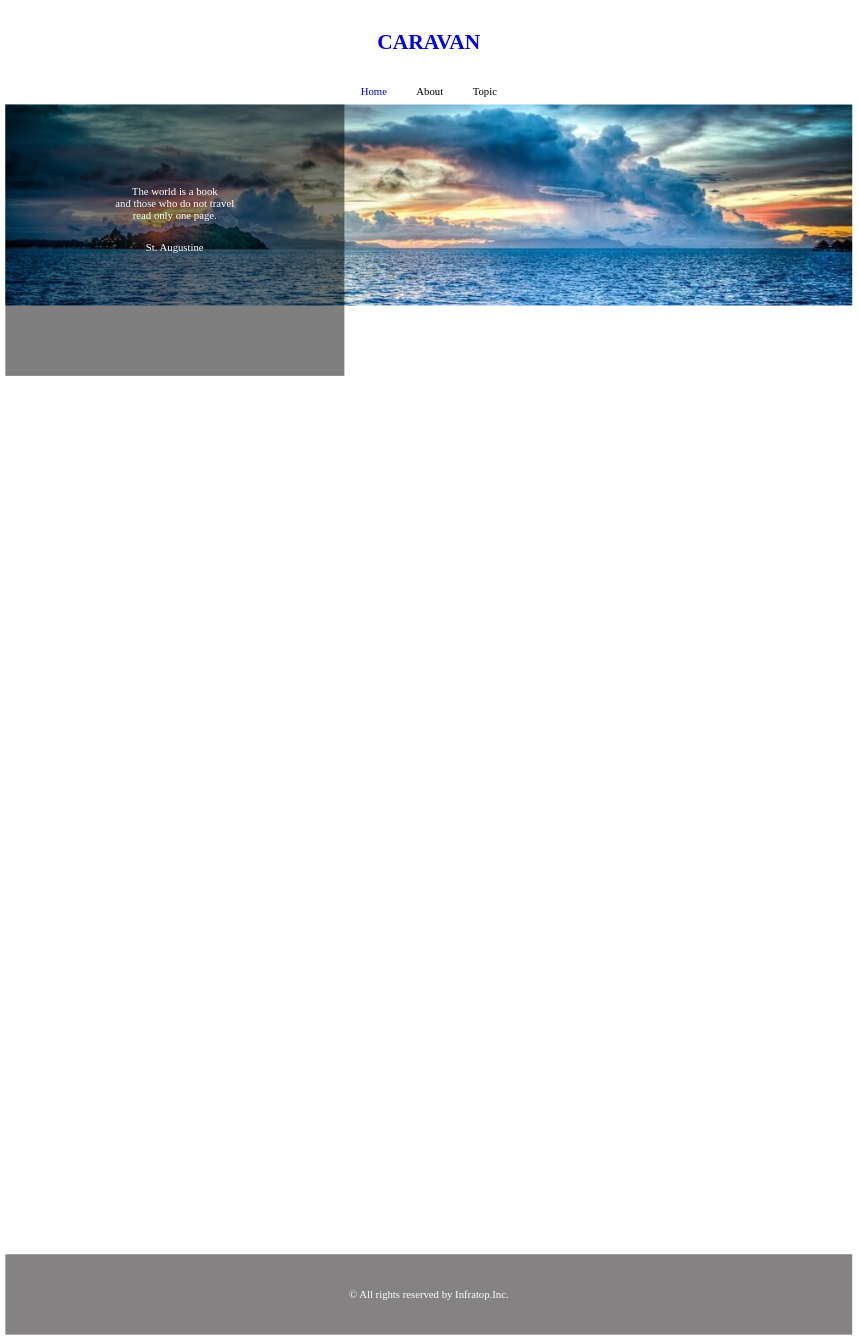
Repository: t-sato-infratop/environment
Page: caravan/index.html
The author's editor kept a record of every edit. The page is drawn from the files as they stood at one moment, then again after the next edit.
The browser window is 1280 px wide. The pictures show the whole page, at 67% of full size.

Above is the page before.

### caravan/index.html
<!DOCTYPE html>
<html lang="ja">
  <head>
    <meta charset="UTF-8" />
    <link rel="stylesheet" href="style.css" />
    <title>CARAVAN</title>
  </head>

  <body>
    <header>
      <h1 class="heading">
        <a href="index.html">
          CARAVAN
        </a>
      </h1>
    </header>

    <nav>
      <ul class="nav-list">
        <li class="nav-list-item">
          <a href="index.html">Home</a>
        </li>
        <li class="nav-list-item">About</li>
        <li class="nav-list-item">Topic</li>
      </ul>
    </nav>

    <div class="main-visual">
      <div class="main-visual-content">
        <p class="main-visual-text">
            The world is a book<br />
            and those who do not travel<br />
            read only one page.
        </p>
        <p class="main-visual-name">
            St. Augustine
        </p>
      </div>
    </div>
    <div class="main">
      <div class="blog"></div>
      <div class="sidebar"></div>
    </div>

    <footer>
      <p class="footer-text">© All rights reserved by Infratop.Inc.</p>
    </footer>
  </body>
</html>

### caravan/style.css

a {
  text-decoration: none;
}

header {
  width: 90%;
  padding: 15px 0;
  margin: 0 auto;
  text-align: center;
}

header .header {
  font-size: 32px;
}

.nav-list {
  text-align: center;
  padding: 10px 0;
  margin: 0 auto;
}

.nav-list-item {
  list-style: none;
  display: inline-block;
  margin: 0 20px;
}

.main-visual {
  width: 100%;
  height: 300px;
  background-image: url(../img/mv.jpg);
  background-size: cover;
  background-position: center;
}

.main-visual-content {
  width: 40%;
  height: 300px;
  background-color: rgb(0,0,0,0.5);
  text-align: center;
  padding-top: 105px;
}

.main-visual-text {
color: #fff;
}

.main-visual-name {
  margin-top: 30px;
  color: #fff;
}

.main {
  width: 840px;
  display: flex;
  justify-content: center;
  margin: 0 auto;
}

.blog {
  width: 800px;
  height: 1400px;
}

.sidebar {
  width: 240px;
  height: 1400px;
}

footer {
  width: 100%;
  height: 120px;
  text-align: center;
  line-height: 120px;
  background-color: #848282;
}

.footer-text {
  color: #fff
}

After the next edit:
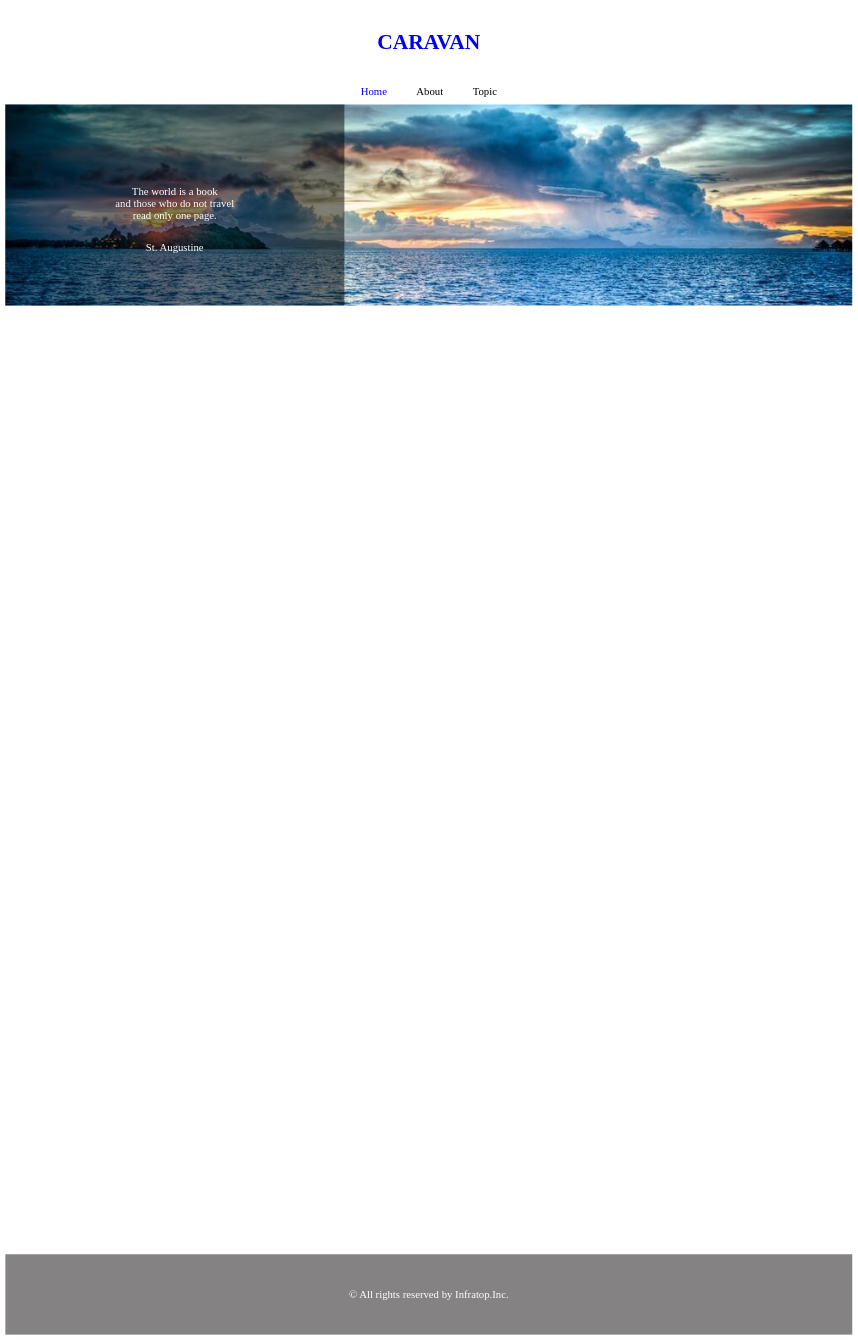
The edit:
--- a/caravan/style.css
+++ b/caravan/style.css
@@ -36,7 +36,7 @@
 
 .main-visual-content {
   width: 40%;
-  height: 300px;
+  height: 195px;
   background-color: rgb(0,0,0,0.5);
   text-align: center;
   padding-top: 105px;
